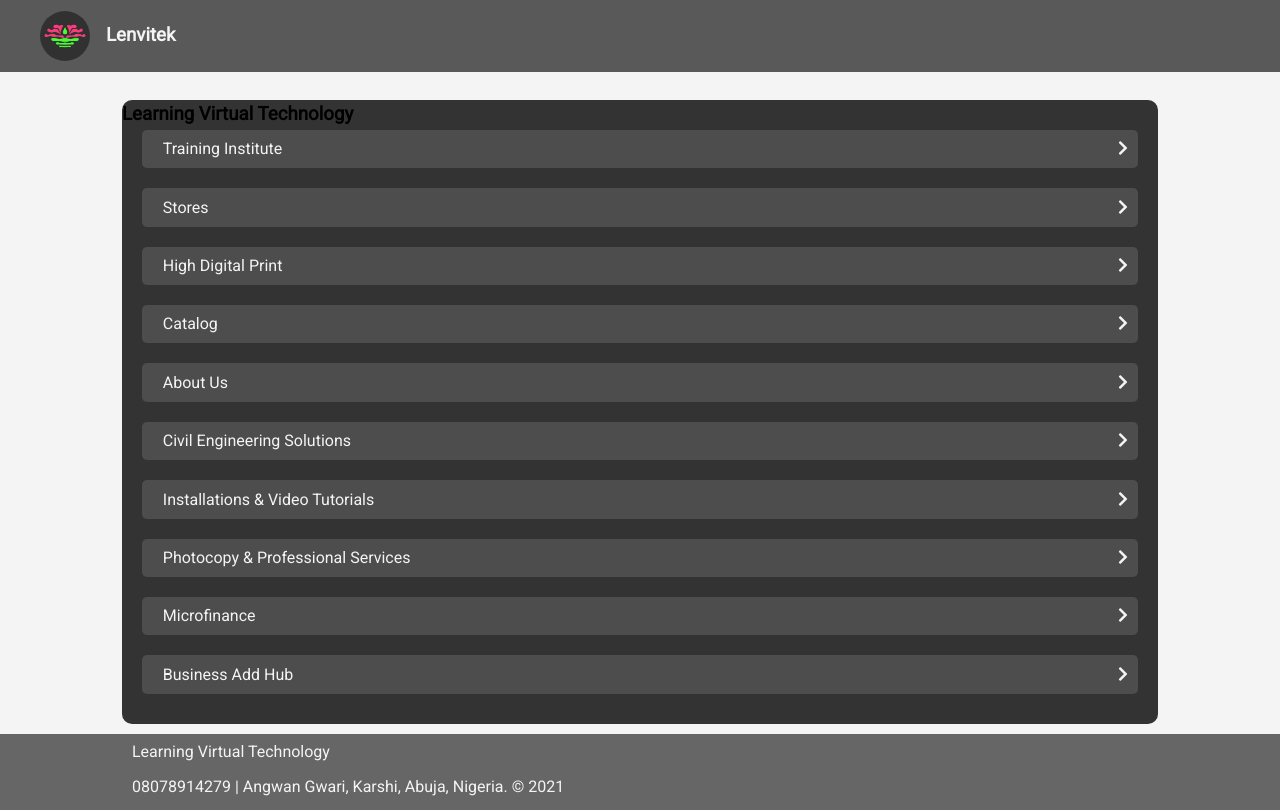
Repository: mxhdiqaim/lenviteck
Page: dist/index.html
An editor plug-in stored every save of this project. The page is shown before and after the next save, followed by the edit.
The browser window is 1280 px wide. The pictures show the whole page.
Some web libraries are served in a nearby version. The style sheet was rebuilt from its Sass, Less or Tailwind sources for each picture, by a compiler version that may differ from the author's.

Above is the page before, as saved 2021-05-07 16:39:29.

### dist/index.html
<!DOCTYPE html>
<html lang="en">
<head>
    <meta charset="UTF-8">
    <meta http-equiv="X-UA-Compatible" content="IE=edge">
    <meta name="viewport" content="width=device-width, initial-scale=1.0">
    <link rel="icon" href="../img/favicon.ico" type="image/x-icon" />
    <link rel="stylesheet" href="./styles/main.css">
    <link rel="stylesheet" href="https://pro.fontawesome.com/releases/v5.10.0/css/all.css"
    integrity="sha384-AYmEC3Yw5cVb3ZcuHtOA93w35dYTsvhLPVnYs9eStHfGJvOvKxVfELGroGkvsg+p" crossorigin="anonymous" />
    <title>Lenviteck, Inc.</title>
</head>
<body>

  <section class="content">
    <nav class="navbar bg-dark">
        <div class="logo-div">
            <img src="../img/LOGO.jpeg" class="logo" alt="">
            <h1>Lenvitek</h1>
        </div>
    </nav>

    <section class="container">
        <div class="section-1">
                <h1>Learning Virtual Technology</h1>
            <div class="work">
                <div class="works-list">
                    <a href="./trainingInstitute.html" class="btn btn-block" >Training Institute<span><i class="fas fa-chevron-right"></i></span> </a>
                    <ul>
                        <!-- <li class="card"><a href="#">Home</a></li>
                        <li class="card"><a href="#">Home</a></li>
                        <li class="card"><a href="#">Home</a></li>
                        <li class="card"><a href="#">Home</a></li> -->
                    </ul>
                </div>
               <div class="works-list">
                    <a href="#" class="btn btn-block" >Stores<span><i class="fas fa-chevron-right"></i></span> </a>
                    <ul>
                        <!-- <li class="card"><a href="#">Home</a></li>
                        <li class="card"><a href="#">Home</a></li>
                        <li class="card"><a href="#">Home</a></li>
                        <li class="card"><a href="#">Home</a></li> -->
                    </ul>
                </div>
                <div class="works-list">
                    <a href="#" class="btn btn-block" >High Digital Print<span><i class="fas fa-chevron-right"></i></span> </a>
                    <ul>
                        <!-- <li class="card"><a href="#">Home</a></li>
                        <li class="card"><a href="#">Home</a></li>
                        <li class="card"><a href="#">Home</a></li>
                        <li class="card"><a href="#">Home</a></li> -->
                    </ul>
                </div>

                <div class="works-list">
                    <a href="https://www.whatsapp.com/catalog/2349015135120/" target="_blank" class="btn btn-block" >Catalog<span><i class="fas fa-chevron-right"></i></span> </a>
                    <ul>
                        <!-- <li class="card"><a href="#">Home</a></li>
                        <li class="card"><a href="#">Home</a></li>
                        <li class="card"><a href="#">Home</a></li>
                        <li class="card"><a href="#">Home</a></li> -->
                    </ul>
                </div>
                <div class="works-list">
                    <a href="https://mahdiabubakar.github.io/me/#/" class="btn btn-block" >About Us<span><i class="fas fa-chevron-right"></i></span> </a>
                    <ul>
                        <!-- <li class="card"><a href="#">Home</a></li>
                        <li class="card"><a href="#">Home</a></li>
                        <li class="card"><a href="#">Home</a></li>
                        <li class="card"><a href="#">Home</a></li> -->
                    </ul>
                </div>
                <div class="works-list">
                    <a href="#" class="btn btn-block" >Civil Engineering Solutions<span><i class="fas fa-chevron-right"></i></span> </a>
                    <ul>
                        <!-- <li class="card"><a href="#">Home</a></li>
                        <li class="card"><a href="#">Home</a></li>
                        <li class="card"><a href="#">Home</a></li>
                        <li class="card"><a href="#">Home</a></li> -->
                    </ul>
                </div>
                <div class="works-list">
                    <a href="#" class="btn btn-block" >Installations & Video Tutorials<span><i class="fas fa-chevron-right"></i></span> </a>
                    <ul>
                        <!-- <li class="card"><a href="#">Home</a></li>
                        <li class="card"><a href="#">Home</a></li>
                        <li class="card"><a href="#">Home</a></li>
                        <li class="card"><a href="#">Home</a></li> -->
                    </ul>
                </div>
                <div class="works-list">
                    <a href="#" class="btn btn-block" >Photocopy & Professional Services<span><i class="fas fa-chevron-right"></i></span> </a>
                    <ul>
                        <!-- <li class="card"><a href="#">Home</a></li>
                        <li class="card"><a href="#">Home</a></li>
                        <li class="card"><a href="#">Home</a></li>
                        <li class="card"><a href="#">Home</a></li> -->
                    </ul>
                </div>
                <div class="works-list">
                    <a href="#" class="btn btn-block" >Microfinance<span><i class="fas fa-chevron-right"></i></span> </a>
                    <ul>
                        <!-- <li class="card"><a href="#">Home</a></li>
                        <li class="card"><a href="#">Home</a></li>
                        <li class="card"><a href="#">Home</a></li>
                        <li class="card"><a href="#">Home</a></li> -->
                    </ul>
                </div>
                <div class="works-list">
                    <a href="./businessAddHub.html" class="btn btn-block" >Business Add Hub<span><i class="fas fa-chevron-right"></i></span> </a>
                    <ul>
                        <!-- <li class="card"><a href="#">Home</a></li>
                        <li class="card"><a href="#">Home</a></li>
                        <li class="card"><a href="#">Home</a></li>
                        <li class="card"><a href="#">Home</a></li> -->
                    </ul>
                </div>
            </div>
        </div>
    </section>
    <footer>
       <div class="container-1">
           <div id="copy"></div>
       </div>
    </footer>
</section>

    <script>

        const date = new Date().getFullYear();

        document.getElementById("copy").innerHTML = ` <p>Learning Virtual Technology </p> <p>08078914279 | Angwan Gwari, Karshi, <span>Abuja, Nigeria. &copy; ${date}</span> </p>`;
    </script>
</body>
</html>

### dist/styles/main.scss
// Import
@import url('https://fonts.googleapis.com/css?family=Roboto');

// Global variables
$primary-color: #dc3545;
$dark-color: #333333;
$light-color: #f4f4f4;
$danger-color: #dc3545;
$success-color: #28a745;

// Functions
@function set-text-color($color) {
  @if (lightness($color) > 40) {
    @return #000;
  } @else {
    @return #fff;
  }
}

* {
  padding: 0;
  margin: 0;
  box-sizing: border-box;
}

body {
  font-family: 'Roboto', sans-serif;
  font-size: 1rem;
  line-height: 1.6;
  color: set-text-color($light-color);
  background: $light-color;
}


a {
  color: set-text-color($light-color);
  text-decoration: none;
}

ul {
  list-style: none;
}

img {
  width: 100%;
}

.logo-div {
  display: flex;
  justify-content: flex-start;
  align-items: center;

  img, h1 {
    margin: 0 8px 0;
  }

  img {
    width: 50px;
    border-radius: 50%;
  }
}

.container {
  max-width: 1100px;
  margin: auto;
  overflow: hidden;
  padding: 0 2rem;
}

.container-1 {
  max-width: 1100px;
  margin-left: 100px;
  overflow: hidden;
  padding: 0 2rem;
}

.work {
  padding: 20px 10px;
  background: $dark-color;
  color: $light-color;
  margin: 10px auto;
  border-radius: 10px;
  margin-top: 70px;

  .works-list {
    padding: 10px;
    width: 100%;
    transition: all .3s ease;

    ul li a {
      color: $light-color;
      transition: color .3s ease;

      &:hover {
        color: darken($light-color, 10);
      }
    }
  }
}

// cards
.card {
  padding: .5rem;
  border: #444 1px solid;
  border-radius: 5px;
  margin: 0.5rem 0;
}

.btn {
  display: inline-block;
  background: light-color;
  border-radius: 5px;
  padding: 0.4rem 1.3rem;
  font-size: 1rem;
  border: none;
  cursor: pointer;
  margin-right: 0.5rem;
  transition: opacity 0.2s ease-in;
  outline: none;
  background-color: lighten($dark-color, 10);
  color: $light-color;
  display: block;
  width: 100%;
  position: relative;

  span {
    position: absolute;
    right: 10px;
  }
}

.btn:hover {
  background-color: lighten($dark-color, 15);
}

input {
  margin: 1.2rem 0;
}

.btn-primary,
.bg-primary,
.badge-primary,
.alert-primary {
  background: $primary-color;
  color: #fff;
}

.btn-light,
.bg-light,
.badge-light,
.alert-light {
  background: $light-color;
  color: #333;
}

.btn-dark,
.bg-dark,
.badge-dark,
.alert-dark {
  background: $dark-color;
  color: #fff;
}

.btn-danger,
.bg-danger,
.badge-danger,
.alert-danger {
  background: $danger-color;
  color: #fff;
}

.btn-success,
.bg-success,
.badge-success,
.alert-success {
  background: $success-color;
  color: #fff;
}

.btn-white,
.bg-white,
.badge-white,
.alert-white {
  background: #fff;
  color: #333;
  border: #ccc solid 1px;
}



.bg-light,
.badge-light {
  border: #ccc solid 1px;
}

.navbar {
  display: flex;
  justify-content: space-between;
  align-items: center;
  padding: 0.7rem 2rem;
  z-index: 1;
  width: 100%;
  background: $dark-color;
  opacity: 0.8;
  color: $light-color;
  margin-bottom: 1rem;
  position: fixed;
  top: 0;
  // margin: 5px ;
}

.navbar ul {
  display: flex;
}

.navbar a {
  color: #fff;
  padding: 0.45rem;
  margin: 0 0.25rem;
}

.navbar a:hover {
  color: $light-color;
}


// Drop Down Menu


// Footer
footer {
  background: lighten($dark-color, 20);
  display: flex;
  flex-direction: column;
  justify-content: flex-start;
  align-items: flex-start;
  color: $light-color;
  padding-top: 5px;
  padding-bottom: -2px;

  ul {
    display: flex;

    li {
      margin: 10px;

      a {
        transition: all .3s ease;
        color: $light-color;

        &:hover {
          color: darken($light-color, 10);
        }
      }

    }
  }

  p {
    margin-bottom: 10px;
  }
}

// Media Query
@media (max-width: 700px) {
  .hide-sm {
    display: none;
  }

  /* Navbar */
  .navbar {
    display: block;
  }

  .navbar ul {
    text-align: center;
    justify-content: center;
  }

  // Footer
  .container-1 {
    max-width: 1100px;
    // margin-left: 100px;
    margin: auto;
    text-align: left;
    overflow: hidden;
    padding: 0 2rem;
  }

  /*
  * Business Add Hub
  */

  .company {
    flex-direction: column;
    text-align: center;

    img {
      width: 90% !important;
      margin: auto;
    }
  }

  .business-add-hub {
    position: relative;
    top: 60px;
    left: 60px !important;
  }

  h1 {
    margin-left: -30px !important;
  }

  .section-2 {
    margin-top: 70px;

  }

  .business-add-hub {
    margin: 25px !important;
    // margin: auto;
    position: absolute;

    h1 {
      font-weight: 500;
    }
  }

  .logo-div {
    justify-content: space-between;
  }
}

/*
 * Business Add Hub
*/


.business-add-hub {
  margin: 95px 0 0 25px;
  position: relative;

  h1 {
    font-weight: 500;
  }
}

.company {
  display: flex;
  padding: 10px;
  background: $dark-color;
  margin: 20px;
  border-radius: 10px;
  padding: 20px;

  div {
    padding: 10px;
    line-height: 1.8;
    // background: darken($light-color, 30);


  }
  img {
    width: 200px;

  }

}


.section-2 {
  color: $light-color;
  border-radius: 10px;
}


/*
 * SECTIONS
 */

.section-1 {
  h1 {
    margin-top: 100px;
    margin-bottom: -100px;
  }
}

After the next save:
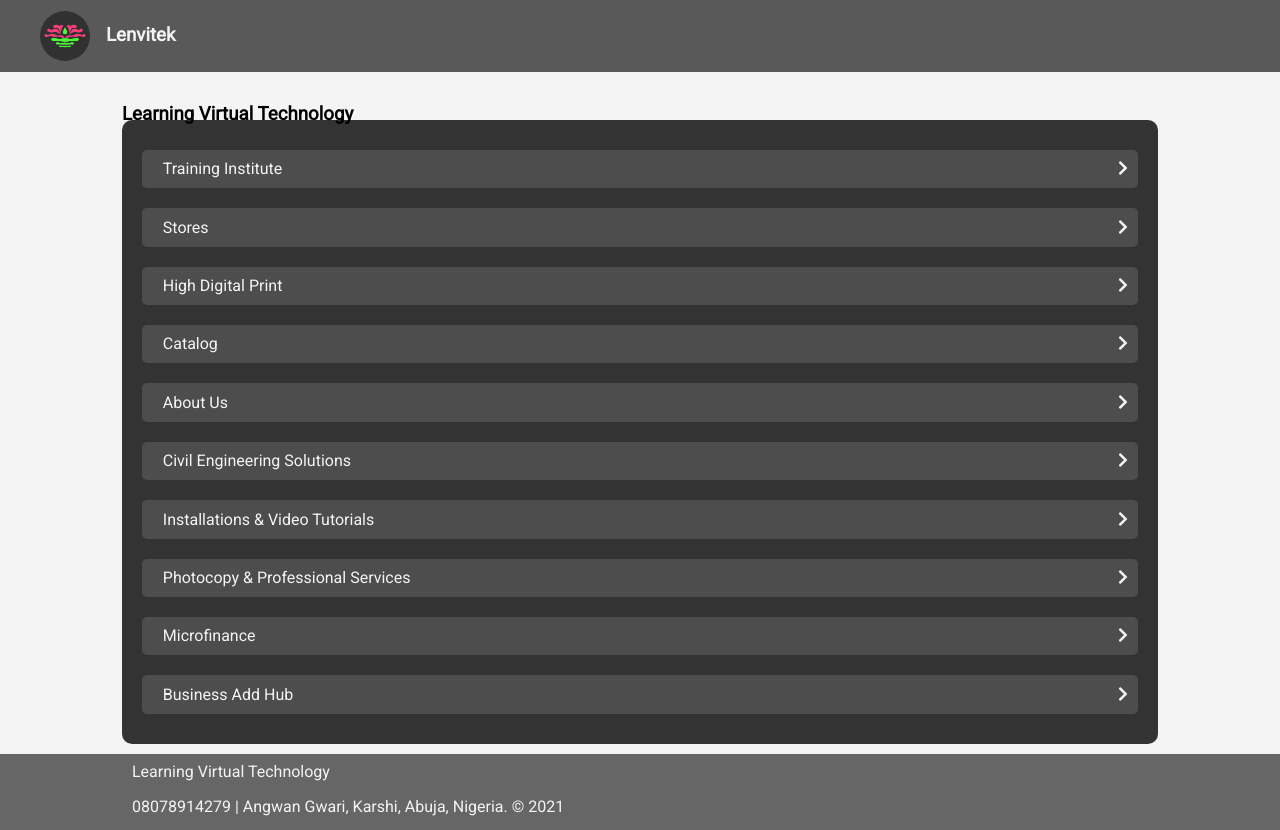
Saved 7 s later.
--- a/dist/styles/main.scss
+++ b/dist/styles/main.scss
@@ -381,6 +381,6 @@
 .section-1 {
   h1 {
     margin-top: 100px;
-    margin-bottom: -100px;
-  }
-}
+    margin-bottom: -80px;
+  }
+}
